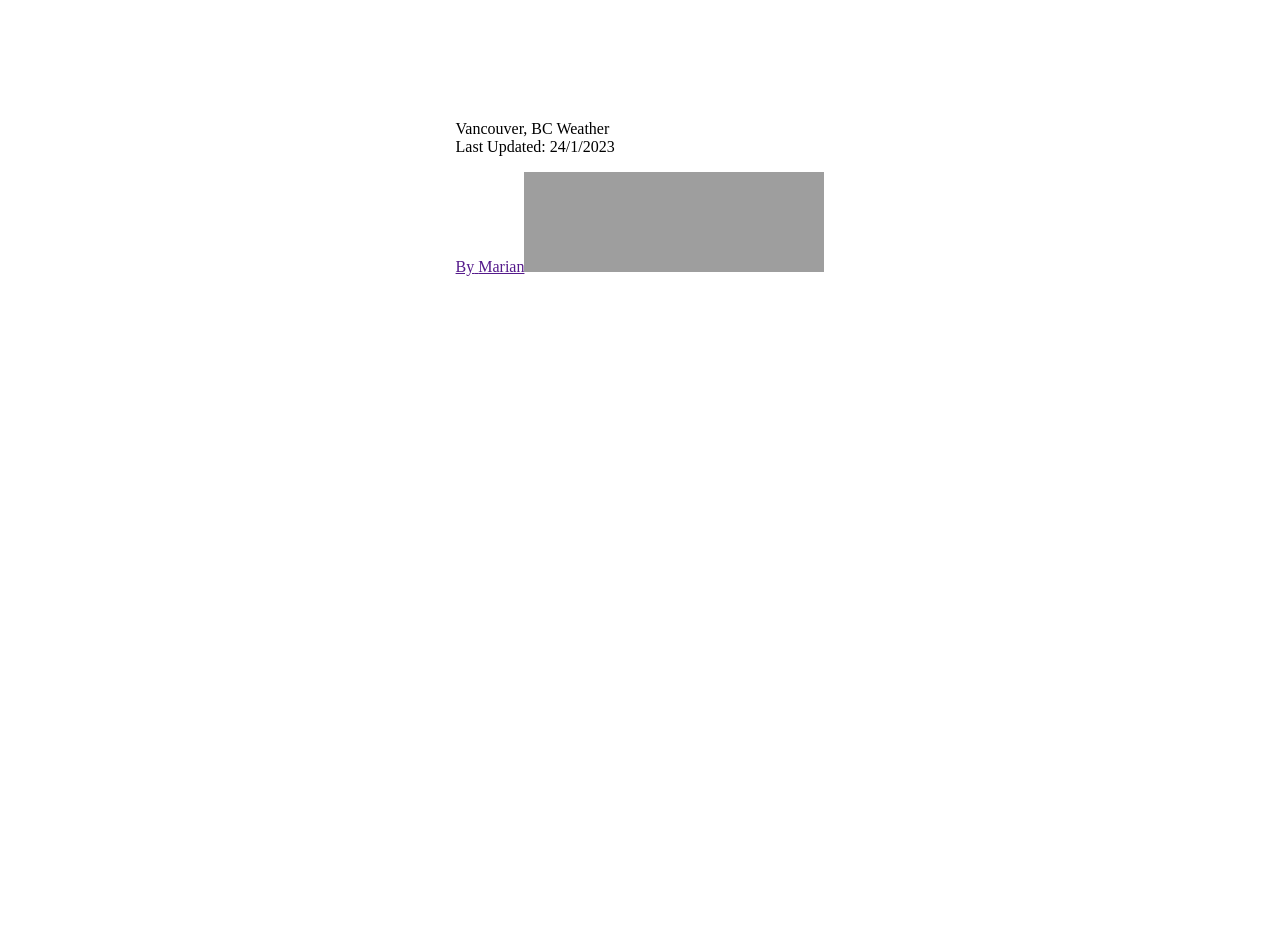
Repository: marianfran/weather-api-version2
Page: /
These files come from the project's save history. The page is drawn as it stood at one moment and after the next save; the edit follows.
The browser window is 1280 px wide. The pictures show the whole page.
Pictures or frames that could not be fetched are drawn as grey boxes. The project was rebuilt for these pictures with package versions that can differ from the ones it lists, and the page was loaded fresh each time. The framework's server and built-in components were replaced by stand-ins that run in the browser. Also part of the build but not shown: next.config.js.

Above is the page before, as saved 2023-02-22 16:22:28.

After the next save:
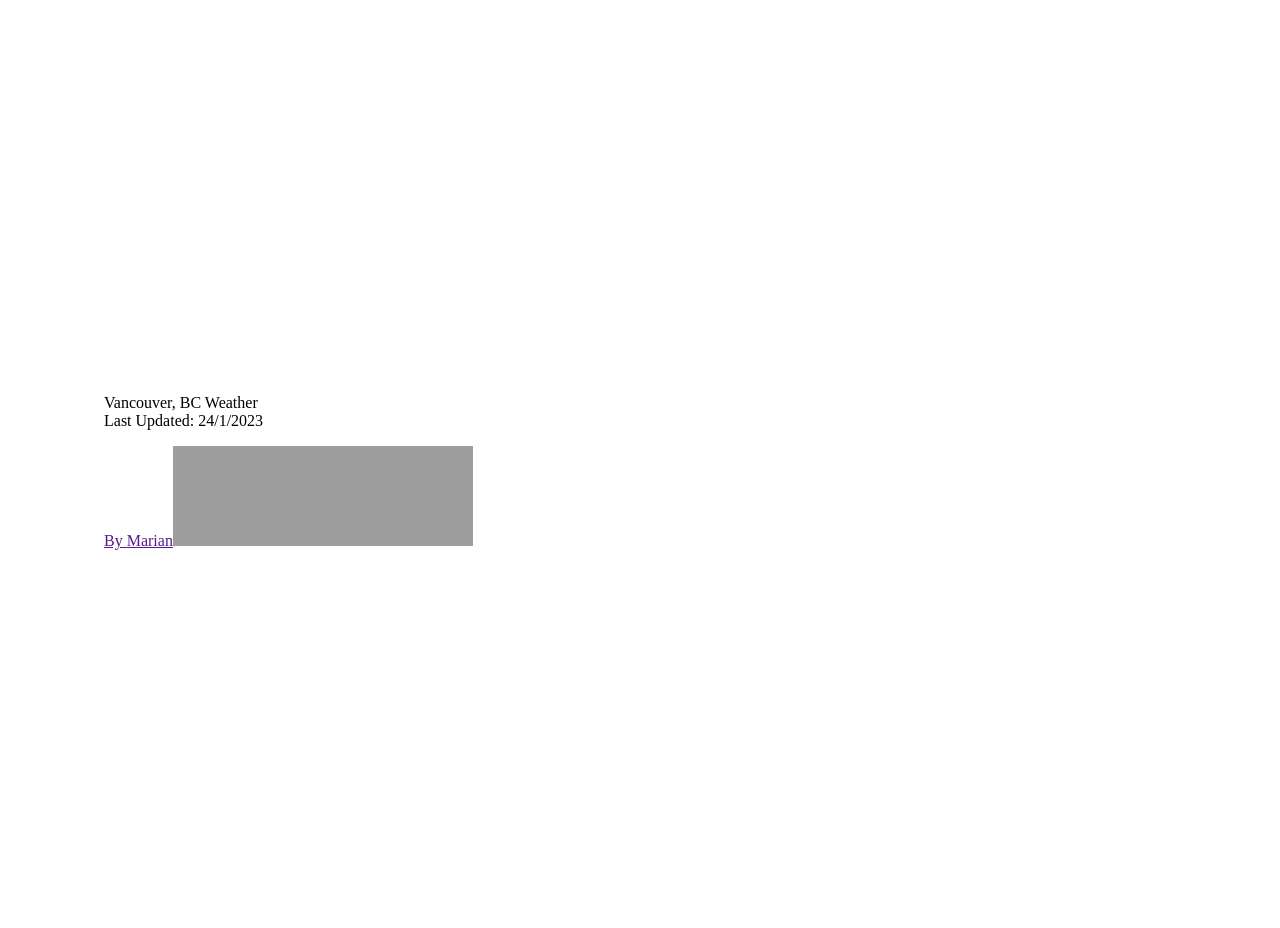
Saved 34 s later.
--- a/styles/Home.module.css
+++ b/styles/Home.module.css
@@ -1,30 +1,8 @@
 .main {
   display: flex;
-  flex-direction: column;
+  flex-direction: row;
   justify-content: space-between;
   align-items: center;
   padding: 6rem;
   min-height: 100vh;
 }
-
-/* Mobile */
-@media (max-width: 700px) {
-  .content {
-    padding: 4rem;
-  }
-
-  .grid {
-    grid-template-columns: 1fr;
-    margin-bottom: 120px;
-    max-width: 320px;
-    text-align: center;
-  }
-}
-
-/* Tablet and Smaller Desktop */
-@media (min-width: 701px) and (max-width: 1120px) {
-  .grid {
-    grid-template-columns: repeat(2, 50%);
-  }
-
-}
